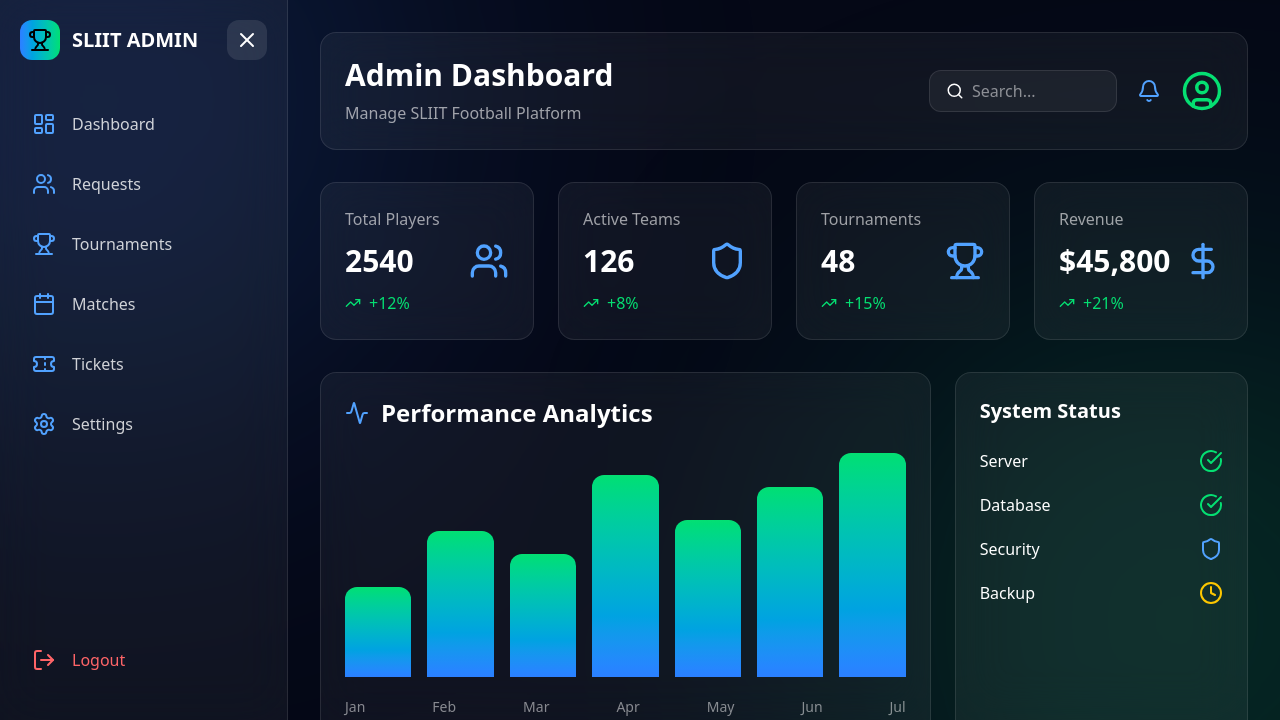
Repository: azeez6789/springboot-footbal-web
Page: / (app in client/)
These files come from the project's save history. The page is drawn as it stood at one moment and after the next save; the edit follows.
The browser window is 1280 px wide. The pictures show the whole page.
An inner scrolling area shows only its first screen. The project was rebuilt for these pictures with package versions that can differ from the ones it lists, and the page was loaded fresh each time. Also part of the build but not shown: client/vite.config.js, client/src/common/services/userService.js, client/src/common/pages/home.jsx, client/src/common/component/login.jsx, client/src/common/component/register.jsx, client/src/common/component/About.jsx, client/src/common/pages/tournament.jsx, client/src/common/pages/event.jsx and 2 more.

Above is the page before, as saved 2026-07-17 20:11:48.

### client/index.html
<!doctype html>
<html lang="en">
  <head>
    <meta charset="UTF-8" />
    <link rel="icon" type="image/svg+xml" href="/favicon.svg" />
    <meta name="viewport" content="width=device-width, initial-scale=1.0" />
    <title>SLIIT FOOTBALL  </title>
  </head>
  <body>
    <div id="root"></div>
    <script type="module" src="/src/main.jsx"></script>
  </body>
</html>

### client/src/main.jsx
import { StrictMode } from 'react'
import { createRoot } from 'react-dom/client'
import './index.css'
import App from './App.jsx'

createRoot(document.getElementById('root')).render(
  <StrictMode>
    <App />
  </StrictMode>
)

### client/src/App.jsx
import { BrowserRouter as Router, Routes, Route } from "react-router-dom";
import allRoutes from "./routes";
import { ToastContainer } from "react-toastify";
import "react-toastify/dist/ReactToastify.css";
import CRoutes from "./routes/commonroutes.jsx";


function App() {
  return (

    <Router>
      <Routes>
        {allRoutes.map((route, index) => (
          <Route key={index} path={route.path} element={route.element} />
        ))}
      </Routes>

      <ToastContainer
        position="top-right"
        autoClose={3000}
        hideProgressBar={false}
        newestOnTop={false}
        closeOnClick
        rtl={false}
        pauseOnFocusLoss
        draggable
        pauseOnHover
        theme="dark"
      />

    </Router>
  );
}

export default App;

### client/src/routes/index.jsx
import CRoutes from './commonroutes'
import fun01Routes from './function_01'

const allRoutes = [
    ...CRoutes,
    ...fun01Routes
]


export default allRoutes;

### client/src/routes/commonroutes.jsx
import Homepage from "../common/pages/home";
import Login  from "../common/component/login";
import Register from "../common/component/register";
import About from "../common/component/About";
import TournamentPage from "../common/pages/tournament";
import EventPage from "../common/pages/event";
import TicketPage from "../common/pages/ticket";


const commonroutes = [
    {path: "/home", element: <Homepage /> },
    {path: "/component/login" ,  element: <Login/>  },
    {path: "/component/register" ,  element: <Register/>  },
    {path: "/component/about" ,  element: <About/>  },
    {path: "/pages/tournament" ,  element: <TournamentPage/>  },
    {path: "/pages/event" ,  element: <EventPage/>  },
    {path: "/pages/ticket" ,  element: <TicketPage/>  },

];


export default commonroutes;

### client/src/routes/function_01.jsx
import Regrequest from "../function-01/pages/registerrequest";
import AdminDah from "../function-01/pages/AdminDashboard";

const function_01 = [

    {path: "/pages/Regrequest" ,  element: <Regrequest/>  },
    {path: "/" ,  element: <AdminDah/>  },

];


export default function_01;

### client/src/function-01/pages/AdminDashboard.jsx
import React, { useState } from "react";
import { useNavigate } from "react-router-dom";
import {
  LayoutDashboard,
  Users,
  Trophy,
  Calendar,
  Ticket,
  DollarSign,
  Settings,
  Bell,
  Search,
  Menu,
  X,
  UserCircle,
  TrendingUp,
  Shield,
  LogOut,
  ChevronRight,
  Activity,
  Award,
  CheckCircle,
  Clock,
  Star
} from "lucide-react";

export default function AdminDashboard() {
  const [sidebarOpen, setSidebarOpen] = useState(true);

  const navigate = useNavigate();

  const stats = [
    { title: "Total Players", value: "2540", icon: Users, growth: "+12%" },
    { title: "Active Teams", value: "126", icon: Shield, growth: "+8%" },
    { title: "Tournaments", value: "48", icon: Trophy, growth: "+15%" },
    { title: "Revenue", value: "$45,800", icon: DollarSign, growth: "+21%" }
  ];

  const players = [
    { name: "A. Perera", position: "Forward", team: "SLIIT Warriors", status: "Active" },
    { name: "M. Fernando", position: "Midfielder", team: "Blue Lions", status: "Active" },
    { name: "K. Silva", position: "Defender", team: "Royal FC", status: "Pending" },
    { name: "R. Mendis", position: "Goal Keeper", team: "Campus Stars", status: "Active" }
  ];

  const tournaments = [
    { name: "SLIIT Football Cup 2026", date: "August 12, 2026", teams: "32 Teams", status: "Running" },
    { name: "Inter University Championship", date: "September 05, 2026", teams: "24 Teams", status: "Upcoming" },
    { name: "Freshers League", date: "October 20, 2026", teams: "16 Teams", status: "Planning" }
  ];

  const activities = [
    "New player registration approved",
    "Tournament schedule updated",
    "New team created",
    "Ticket payment received",
    "Match result published"
  ];

  return (
    // 1. Locked main screen wrapper height to prevent window scrolling
    <div className="h-screen w-screen bg-[#050816] text-white relative overflow-hidden flex">
      {/* Background Blobs */}
      <div className="fixed w-[600px] h-[600px] bg-blue-500/20 blur-[160px] rounded-full top-[-200px] left-[-200px] pointer-events-none"></div>
      <div className="fixed w-[600px] h-[600px] bg-green-400/20 blur-[160px] rounded-full bottom-[-200px] right-[-200px] pointer-events-none"></div>

      {/* 2. SIDEBAR - Now perfectly static relative to layout viewport */}
      <div className={`${sidebarOpen ? "w-72" : "w-20"} h-screen bg-white/5 border-r border-white/10 backdrop-blur-xl p-5 transition-all duration-300 flex flex-col justify-between flex-shrink-0 z-20`}>
        <div>
          <div className="flex items-center justify-between mb-10">
            {sidebarOpen && (
              <div className="flex items-center gap-3">
                <div className="p-2 rounded-xl bg-gradient-to-r from-blue-500 to-green-400">
                  <Trophy className="text-black" />
                </div>
                <h1 className="text-xl font-bold whitespace-nowrap">SLIIT ADMIN</h1>
              </div>
            )}
            <button
              onClick={() => setSidebarOpen(!sidebarOpen)}
              className="p-2 bg-white/10 rounded-xl hover:bg-white/20"
            >
              {sidebarOpen ? <X /> : <Menu />}
            </button>
          </div>

         <div className="space-y-3">
  <div
    onClick={() => navigate("/")}
    className="flex items-center gap-4 p-3 rounded-xl text-white/80 hover:bg-blue-500/20 cursor-pointer transition"
  >
    <LayoutDashboard className="text-blue-400" />
    {sidebarOpen && <span>Dashboard</span>}
  </div>

  <div
    onClick={() => navigate("/pages/Regrequest")}
    className="flex items-center gap-4 p-3 rounded-xl text-white/80 hover:bg-blue-500/20 cursor-pointer transition"
  >
    <Users className="text-blue-400" />
    {sidebarOpen && <span>Requests</span>}
  </div>

  <div
    onClick={() => navigate("/pages/tournament")}
    className="flex items-center gap-4 p-3 rounded-xl text-white/80 hover:bg-blue-500/20 cursor-pointer transition"
  >
    <Trophy className="text-blue-400" />
    {sidebarOpen && <span>Tournaments</span>}
  </div>

  <div
    onClick={() => navigate("/pages/event")}
    className="flex items-center gap-4 p-3 rounded-xl text-white/80 hover:bg-blue-500/20 cursor-pointer transition"
  >
    <Calendar className="text-blue-400" />
    {sidebarOpen && <span>Matches</span>}
  </div>

  <div
    onClick={() => navigate("/pages/ticket")}
    className="flex items-center gap-4 p-3 rounded-xl text-white/80 hover:bg-blue-500/20 cursor-pointer transition"
  >
    <Ticket className="text-blue-400" />
    {sidebarOpen && <span>Tickets</span>}
  </div>

  <div
    onClick={() => navigate("/component/register")}
    className="flex items-center gap-4 p-3 rounded-xl text-white/80 hover:bg-blue-500/20 cursor-pointer transition"
  >
    <Settings className="text-blue-400" />
    {sidebarOpen && <span>Settings</span>}
  </div>
</div>
        </div>

        <div className="mb-4">
          <div className="flex items-center gap-4 p-3 rounded-xl text-red-400 hover:bg-red-500/20 cursor-pointer">
            <LogOut className="flex-shrink-0" />
            {sidebarOpen && <span>Logout</span>}
          </div>
        </div>
      </div>

      {/* 3. MAIN CONTENT CONTAINER - This handles the scrolling now */}
      <div className="flex-1 h-screen overflow-y-auto p-8 relative z-10">
        {/* HEADER */}
        <div className="flex justify-between items-center bg-white/5 border border-white/10 backdrop-blur-xl rounded-2xl p-6 mb-8">
          <div>
            <h1 className="text-3xl font-bold">Admin Dashboard</h1>
            <p className="text-white/60 mt-2">Manage SLIIT Football Platform</p>
          </div>

          <div className="flex items-center gap-5">
            <div className="flex items-center gap-2 bg-white/5 border border-white/10 px-4 py-2 rounded-xl">
              <Search size={18} />
              <input placeholder="Search..." className="bg-transparent outline-none w-32" />
            </div>
            <Bell className="text-blue-400" />
            <UserCircle size={42} className="text-green-400" />
          </div>
        </div>

        {/* STATISTICS CARDS */}
        <div className="grid grid-cols-1 md:grid-cols-2 xl:grid-cols-4 gap-6 mb-8">
          {stats.map((item, index) => (
            <div
              key={index}
              className="bg-white/5 border border-white/10 backdrop-blur-xl rounded-2xl p-6 hover:bg-white/10 transition"
            >
              <div className="flex justify-between items-center">
                <div>
                  <p className="text-white/60">{item.title}</p>
                  <h2 className="text-3xl font-bold mt-3">{item.value}</h2>
                  <div className="flex items-center gap-2 text-green-400 mt-3">
                    <TrendingUp size={16} />
                    {item.growth}
                  </div>
                </div>
                <item.icon size={40} className="text-blue-400" />
              </div>
            </div>
          ))}
        </div>

        {/* ANALYTICS & SYSTEM STATUS */}
        <div className="grid lg:grid-cols-3 gap-6 mb-8">
          <div className="lg:col-span-2 bg-white/5 border border-white/10 backdrop-blur-xl rounded-2xl p-6">
            <div className="flex items-center gap-3 mb-6">
              <Activity className="text-blue-400" />
              <h2 className="text-2xl font-bold">Performance Analytics</h2>
            </div>

            <div className="h-56 flex items-end gap-4">
              {[40, 65, 55, 90, 70, 85, 100].map((height, index) => (
                <div
                  key={index}
                  style={{ height: `${height}%` }}
                  className="flex-1 bg-gradient-to-t from-blue-500 to-green-400 rounded-t-xl"
                ></div>
              ))}
            </div>

            <div className="flex justify-between text-white/50 text-sm mt-5">
              <span>Jan</span>
              <span>Feb</span>
              <span>Mar</span>
              <span>Apr</span>
              <span>May</span>
              <span>Jun</span>
              <span>Jul</span>
            </div>
          </div>

          <div className="bg-white/5 border border-white/10 backdrop-blur-xl rounded-2xl p-6">
            <h2 className="text-xl font-bold mb-6">System Status</h2>
            <div className="space-y-5">
              <div className="flex justify-between items-center">
                <span>Server</span>
                <CheckCircle className="text-green-400" />
              </div>
              <div className="flex justify-between items-center">
                <span>Database</span>
                <CheckCircle className="text-green-400" />
              </div>
              <div className="flex justify-between items-center">
                <span>Security</span>
                <Shield className="text-blue-400" />
              </div>
              <div className="flex justify-between items-center">
                <span>Backup</span>
                <Clock className="text-yellow-400" />
              </div>
            </div>
          </div>
        </div>

        {/* PLAYER MANAGEMENT */}
        <div className="bg-white/5 border border-white/10 backdrop-blur-xl rounded-2xl p-6 mb-8">
          <div className="flex justify-between items-center mb-6">
            <h2 className="text-2xl font-bold">Player Management</h2>
            <button className="px-5 py-2 rounded-xl bg-gradient-to-r from-blue-500 to-green-400 text-black font-semibold">
              View All
            </button>
          </div>

          <div className="overflow-x-auto">
            <table className="w-full">
              <thead>
                <tr className="border-b border-white/10 text-white/50 text-left">
                  <th className="pb-4">Player</th>
                  <th>Position</th>
                  <th>Team</th>
                  <th>Status</th>
                </tr>
              </thead>
              <tbody>
                {players.map((player, index) => (
                  <tr key={index} className="border-b border-white/10 hover:bg-white/5 transition">
                    <td className="py-5 font-semibold">{player.name}</td>
                    <td className="text-white/70">{player.position}</td>
                    <td className="text-white/70">{player.team}</td>
                    <td>
                      <span className={`px-3 py-1 rounded-full text-sm ${
                        player.status === "Active"
                          ? "bg-green-400/20 text-green-300"
                          : "bg-yellow-400/20 text-yellow-300"
                      }`}>
                        {player.status}
                      </span>
                    </td>
                  </tr>
                ))}
              </tbody>
            </table>
          </div>
        </div>

        {/* TOURNAMENT CARDS */}
        <div className="grid md:grid-cols-3 gap-6 mb-8">
          {tournaments.map((tour, index) => (
            <div
              key={index}
              className="bg-white/5 border border-white/10 backdrop-blur-xl rounded-2xl p-6 hover:bg-white/10 transition"
            >
              <div className="flex justify-between items-center">
                <Trophy className="text-yellow-400" />
                <Star className="text-blue-400" />
              </div>
              <h3 className="text-xl font-bold mt-5">{tour.name}</h3>
              <p className="text-white/60 mt-3">{tour.date}</p>
              <p className="text-blue-300 mt-2">{tour.teams}</p>
              <div className="flex justify-between items-center mt-6">
                <span className="px-3 py-1 rounded-full bg-blue-500/20 text-blue-300 text-sm">
                  {tour.status}
                </span>
                <ChevronRight className="text-white/60" />
              </div>
            </div>
          ))}
        </div>

        {/* RECENT ACTIVITIES & QUICK ACTIONS */}
        <div className="grid lg:grid-cols-2 gap-6 mb-8">
          <div className="bg-white/5 border border-white/10 backdrop-blur-xl rounded-2xl p-6">
            <div className="flex items-center gap-3 mb-6">
              <Activity className="text-blue-400" />
              <h2 className="text-2xl font-bold">Recent Activities</h2>
            </div>
            <div className="space-y-4">
              {activities.map((item, index) => (
                <div key={index} className="flex items-center justify-between bg-white/5 border border-white/10 rounded-xl p-4">
                  <div className="flex items-center gap-3">
                    <div className="w-3 h-3 rounded-full bg-green-400"></div>
                    <p className="text-white/80">{item}</p>
                  </div>
                  <span className="text-xs text-white/50">Today</span>
                </div>
              ))}
            </div>
          </div>

          <div className="bg-white/5 border border-white/10 backdrop-blur-xl rounded-2xl p-6">
            <h2 className="text-2xl font-bold mb-6">Quick Actions</h2>
            <div className="grid grid-cols-2 gap-4">
              <button className="bg-blue-500/20 border border-blue-400/20 rounded-xl p-5 hover:bg-blue-500/30 transition">
                <Users className="mx-auto text-blue-400 mb-3" />
                <p>Add Player</p>
              </button>
              <button className="bg-green-500/20 border border-green-400/20 rounded-xl p-5 hover:bg-green-500/30 transition">
                <Trophy className="mx-auto text-green-400 mb-3" />
                <p>Create Tournament</p>
              </button>
              <button className="bg-yellow-500/20 border border-yellow-400/20 rounded-xl p-5 hover:bg-yellow-500/30 transition">
                <Calendar className="mx-auto text-yellow-400 mb-3" />
                <p>Schedule Match</p>
              </button>
              <button className="bg-purple-500/20 border border-purple-400/20 rounded-xl p-5 hover:bg-purple-500/30 transition">
                <Ticket className="mx-auto text-purple-400 mb-3" />
                <p>Manage Tickets</p>
              </button>
            </div>
          </div>
        </div>

        {/* TOP PERFORMERS */}
        <div className="bg-white/5 border border-white/10 backdrop-blur-xl rounded-2xl p-6 mb-8">
          <div className="flex items-center gap-3 mb-6">
            <Award className="text-yellow-400" />
            <h2 className="text-2xl font-bold">Top Performers</h2>
          </div>

          <div className="grid md:grid-cols-3 gap-5">
            <div className="bg-white/5 rounded-xl p-5 border border-white/10">
              <h3 className="font-bold">Top Scorer</h3>
              <p className="text-white/60 mt-3">A. Perera</p>
              <span className="text-yellow-300">12 Goals</span>
            </div>
            <div className="bg-white/5 rounded-xl p-5 border border-white/10">
              <h3 className="font-bold">Best Assist</h3>
              <p className="text-white/60 mt-3">K. Silva</p>
              <span className="text-green-300">10 Assists</span>
            </div>
            <div className="bg-white/5 rounded-xl p-5 border border-white/10">
              <h3 className="font-bold">MVP Player</h3>
              <p className="text-white/60 mt-3">M. Fernando</p>
              <span className="text-blue-300">Season MVP</span>
            </div>
          </div>
        </div>

        {/* FOOTER */}
        <footer className="text-center text-white/50 py-8 border-t border-white/10">
          <p>© 2026 SLIIT Football Admin Dashboard</p>
          <p className="text-sm mt-2">Manage • Monitor • Grow Football Community</p>
        </footer>
      </div>
    </div>
  );
}

Loaded but not shown: client/src/index.css (common file)

After the next save:
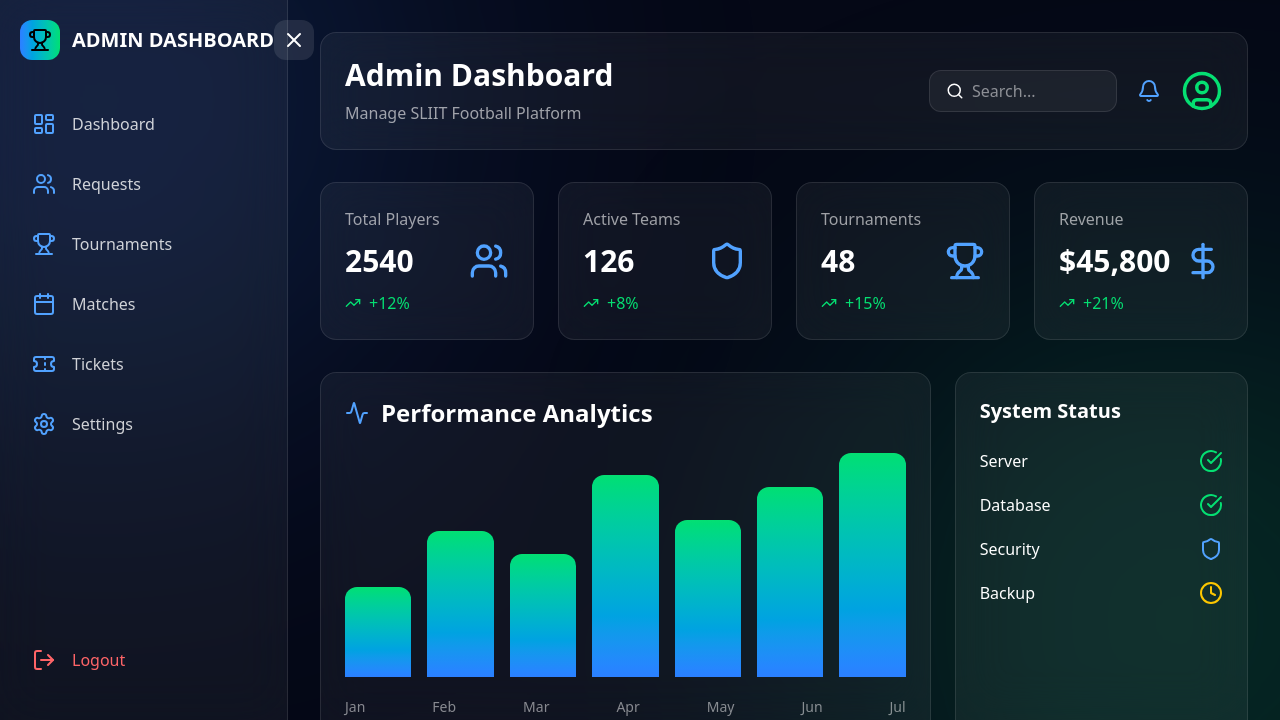
Saved 12 min 12 s later.
--- a/client/src/function-01/pages/AdminDashboard.jsx
+++ b/client/src/function-01/pages/AdminDashboard.jsx
@@ -73,7 +73,7 @@ export default function AdminDashboard() {
                 <div className="p-2 rounded-xl bg-gradient-to-r from-blue-500 to-green-400">
                   <Trophy className="text-black" />
                 </div>
-                <h1 className="text-xl font-bold whitespace-nowrap">SLIIT ADMIN</h1>
+                <h1 className="text-xl font-bold whitespace-nowrap"> ADMIN DASHBOARD</h1>
               </div>
             )}
             <button
